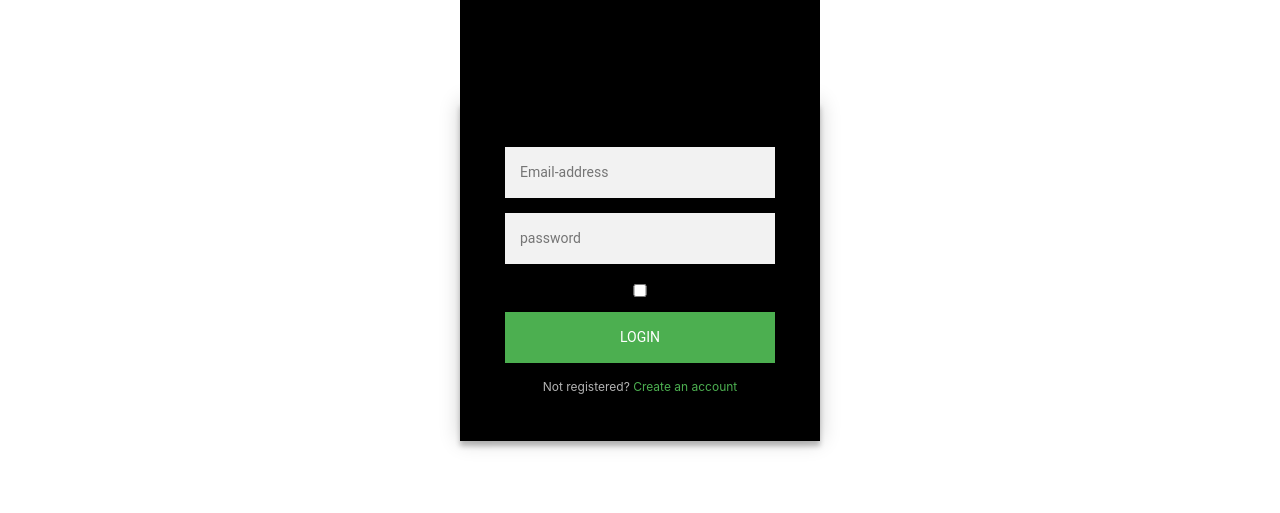
Repository: andbilous/cursor-styled-components
Page: /sign-in
An editor plug-in stored every save of this project. The page is shown before and after the next save, followed by the edit.
The browser window is 1280 px wide. The pictures show the whole page.
The project was rebuilt for these pictures with package versions that can differ from the ones it lists, and the page was loaded fresh each time. Also part of the build but not shown: src/App.css, src/components/SignUpForm.jsx.

Above is the page before, as saved 2020-04-19 13:27:05.

After the next save:
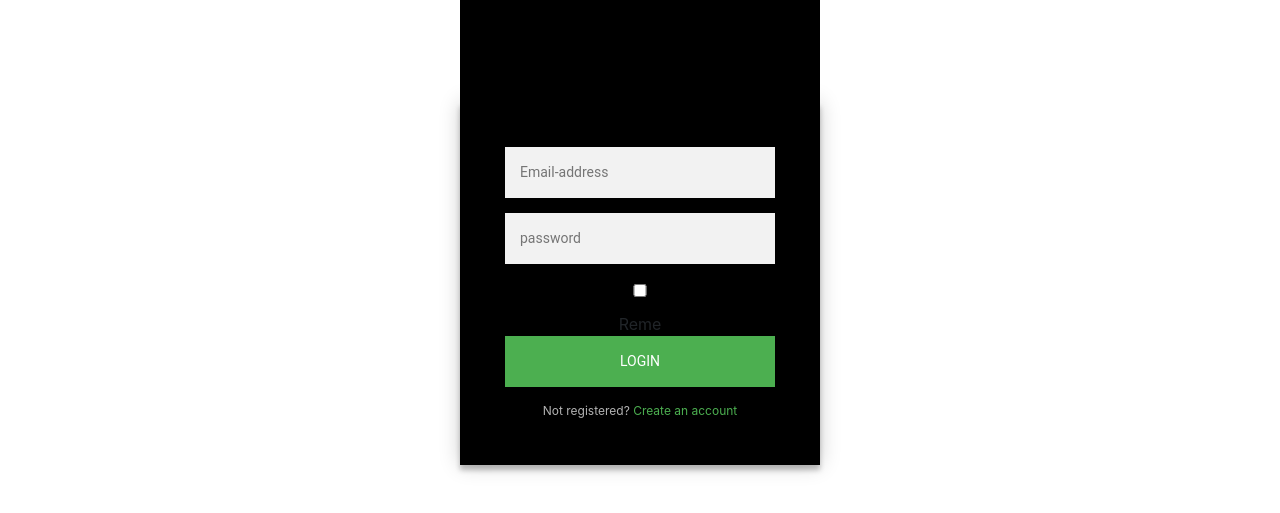
Saved 4 s later.
--- a/src/components/SignInForm.jsx
+++ b/src/components/SignInForm.jsx
@@ -112,7 +112,7 @@
     <input type="text" placeholder="Email-address"/>
       <input type="password" placeholder="password"/>
       <input type="checkbox"/>
-      <span></span>
+      <span>Reme</span>
       <button>login</button>
       <p class="message">Not registered? <a href="#">Create an account</a></p>
     </form>

After the save that followed:
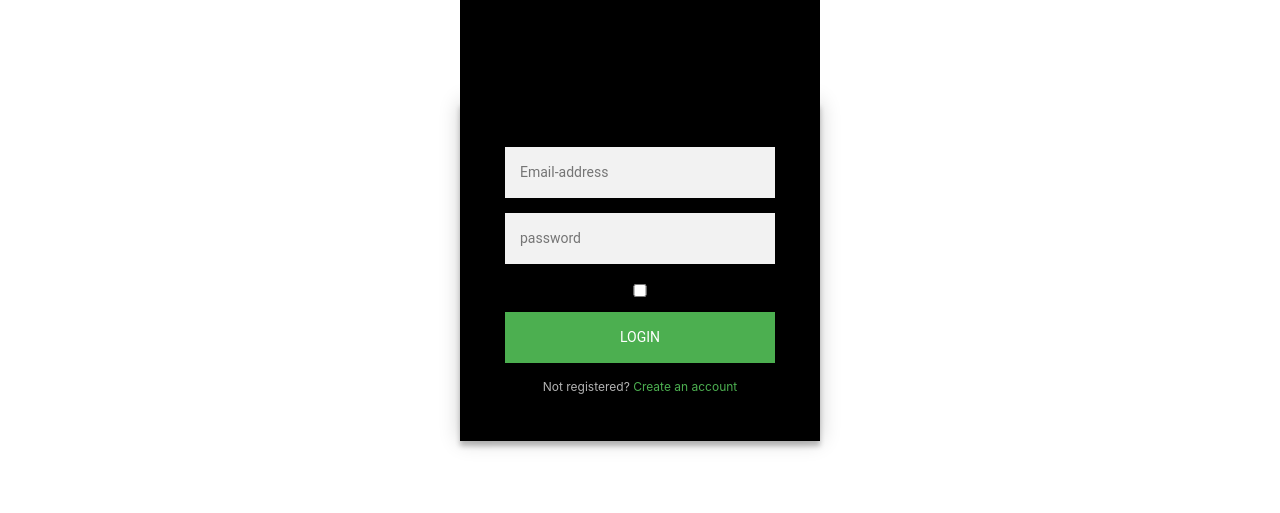
Saved 4 s later.
--- a/src/components/SignInForm.jsx
+++ b/src/components/SignInForm.jsx
@@ -112,7 +112,7 @@
     <input type="text" placeholder="Email-address"/>
       <input type="password" placeholder="password"/>
       <input type="checkbox"/>
-      <span>Reme</span>
+      <span></span>
       <button>login</button>
       <p class="message">Not registered? <a href="#">Create an account</a></p>
     </form>
